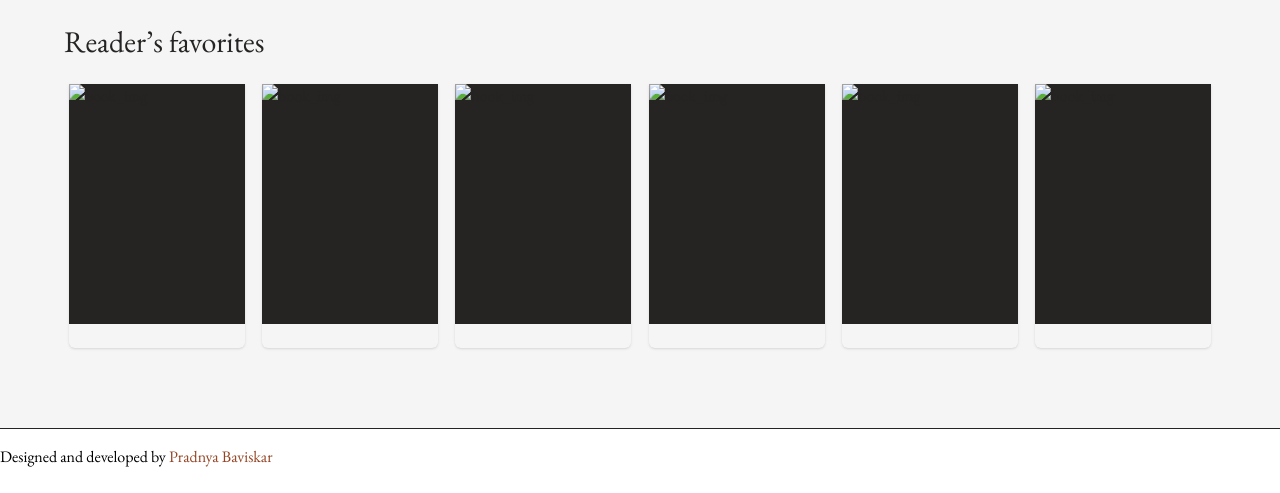
Repository: Pradnya-07/Pradnya-s_Library
Page: / (app in frontend/)
The author's editor kept a copy of each file at every save. The page is drawn from the files as they stood at one save, then again after the next save.
The browser window is 1280 px wide. The pictures show the part of the page from y = 740 to 1285 px (the page is 1233 px tall before and 1285 px after).
The page's requests for data from a server got no answer. The project was rebuilt for these pictures with package versions that can differ from the ones it lists, and the page was loaded fresh each time. No one was signed in, and anything a server would have sent is missing. Also part of the build but not shown: frontend/vite.config.js, frontend/src/pages/login.jsx, frontend/src/pages/signup.jsx, frontend/src/pages/addbook.jsx, frontend/src/providers/RedirectAuthenticatedUsers.jsx, frontend/src/providers/RedirectUnauthenticatedUsers.jsx. Imported but missing from the stored project, and not drawn on this page: frontend/src/assets/bg_video.mp4.

Above is the page before, as saved 2025-03-02 00:26:59.

After the next save:
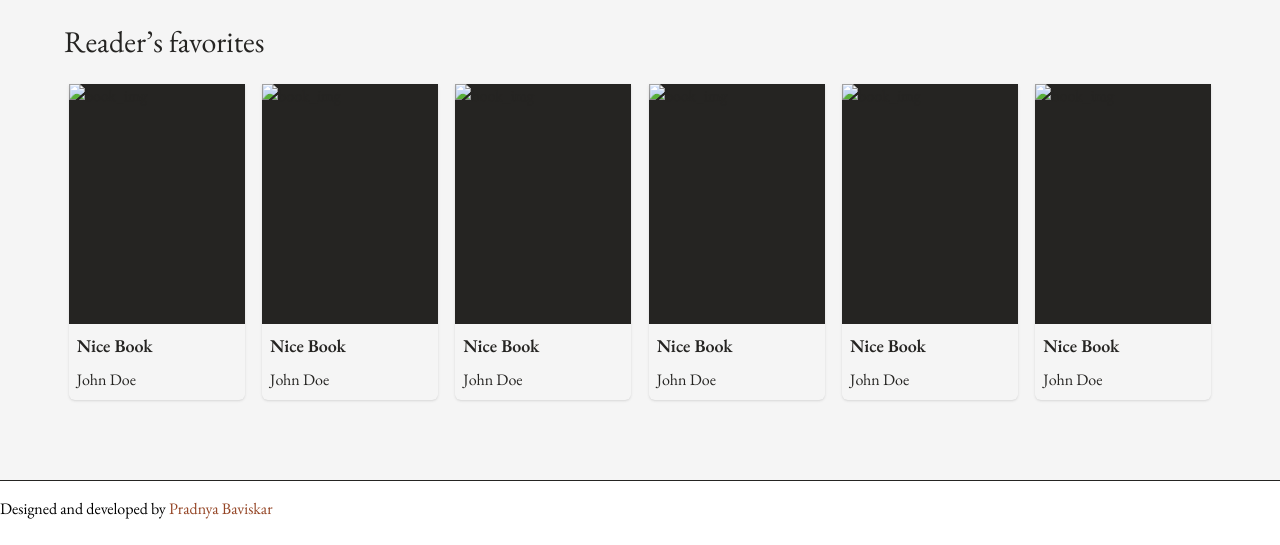
Saved 3 min 24 s later.
--- a/frontend/src/components/booklist.jsx
+++ b/frontend/src/components/booklist.jsx
@@ -24,9 +24,9 @@
 
                             <div className="p-2 flex flex-col">
                                 <h2 className="flex-1 mb-2 font-semibold text-base md:text-lg">
-                                    {book.title}
+                                    {book.title}Nice Book
                                 </h2>
-                                <p className="text-sm md:text-base">{book.author}</p>
+                                <p className="text-sm md:text-base">{book.author}John Doe</p>
                             </div>
                         </div>
                     </Link>
